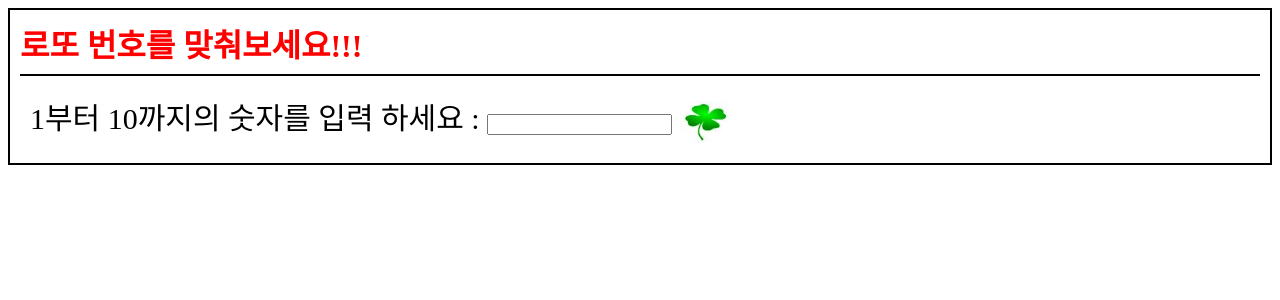
Repository: kdg0109/multicampus_course
Page: web course/workspace_web/edu/WebContent/htmlexam/images/lotto.html
These files come from the project's save history. The page is drawn as it stood at one moment and after the next save; the edit follows.
The browser window is 1280 px wide. The pictures show the whole page.

Above is the page before, as saved 2018-02-05 07:14:45.

### web course/workspace_web/edu/WebContent/htmlexam/images/lotto.html
<!DOCTYPE html>
<html>
<head>
<meta charset="UTF-8">
<title>lotto</title>
<style>
	body {
		border: 2px solid black;
		padding : 10px;
	}
	hr {
		border: 1px solid black;
	}

	 #nameid {
		vertical-align:middle;
		border: 1px solid black;
		height: 30px;
	}
	h1 {
		color : red;
		margin: 0px;
		padding: 0px;
	}
	form {
		font-size: 30px;
		padding: 10px;
	}
	#imageid {
		vertical-align:middle;
		margin: 0px;
		width : 50px;

	}
	<!--

	숫자를 입력하고 클로버이미지 버튼을 클릭하면 core.LottoServlet1 을 요청한다.
LottoServlet1 의 매핑명은 /lotto1 이다. 요청 방식은 GET 으로 한다.

- core.LottoServlet1 의 기능
1 부터 10사이의 랜덤값을 추출한다.
톰캣콘솔창에
“전달된 값 : X, 추출된 값 : X”
를 출력한다.
클라이언트에서 전달된 숫자와 동일하면
“추카추카”를 브라우저에 출력하고 다르면 “다음 기회를…” 이라는 메시지를
출력한다.
그리고 두 경우 모두 아래에는 lotto.html 을 요청하는 링크를 제공한다.
링크 텍스트는 “로또 응모” 이다.


	-->

</style>
</head>
<body>
	<h1>로또 번호를 맞춰보세요!!!</h1>
	<hr>
	<form method="get" action="/lotto1">
		1부터 10까지의 숫자를 입력 하세요 : <input type="text" name = "lottoNum" id = "lottoId" required>
     	<input type="image" id = "imageid" src= "images/happy.JPG">
	</form>
</body>
</html>

After the next save:
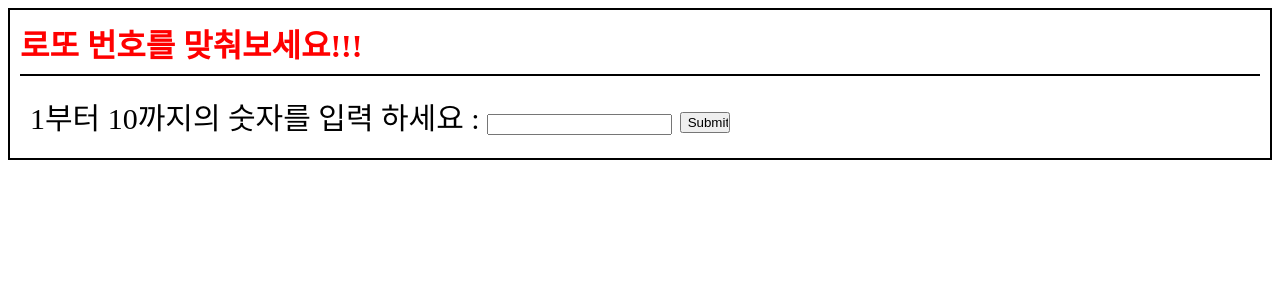
Saved 26 s later.
--- a/web course/workspace_web/edu/WebContent/htmlexam/images/lotto.html
+++ b/web course/workspace_web/edu/WebContent/htmlexam/images/lotto.html
@@ -58,7 +58,7 @@ LottoServlet1 의 매핑명은 /lotto1 이다. 요청 방식은 GET 으로 한
 	<hr>
 	<form method="get" action="/lotto1">
 		1부터 10까지의 숫자를 입력 하세요 : <input type="text" name = "lottoNum" id = "lottoId" required>
-     	<input type="image" id = "imageid" src= "images/happy.JPG">
+     	<input type="submit" id = "imageid" src= "images/happy.JPG">
 	</form>
 </body>
 </html>
